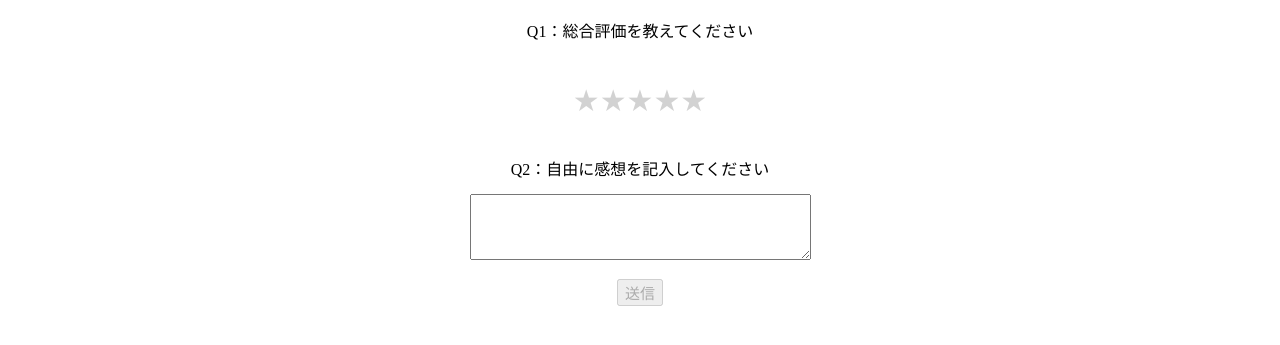
Repository: mikumiura/intern-chatbot
Page: templates/first-page.html
These files come from the project's save history. The page is drawn as it stood at one moment and after the next save; the edit follows.
The browser window is 1280 px wide. The pictures show the whole page.

Above is the page before, as saved 2022-08-24 02:47:44.

After the next save:
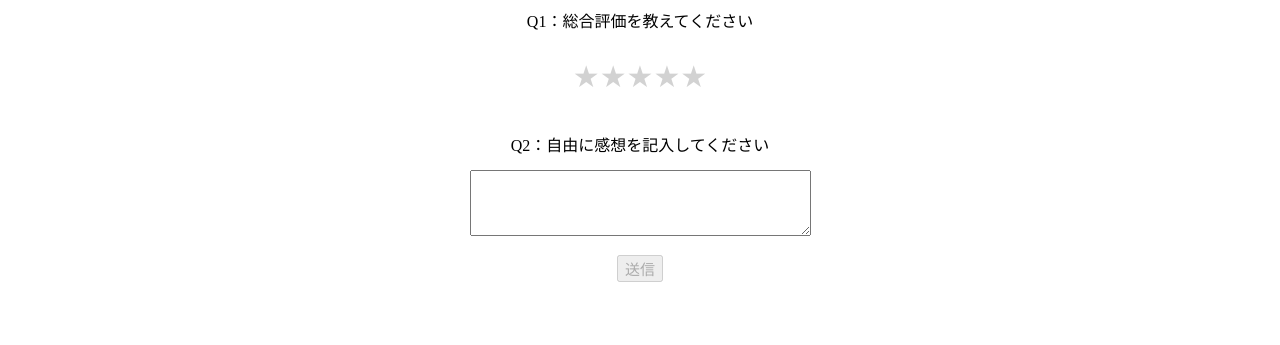
Saved 44 s later.
--- a/templates/first-page.html
+++ b/templates/first-page.html
@@ -15,9 +15,9 @@
     <script src="https://unpkg.com/axios/dist/axios.min.js"></script>
 
     <div id = "app">
-        <div class="lineheight-2">
+        <div>
             <div>Q1：総合評価を教えてください</div>
-            <div>
+            <div class="lineheight-2">
                 <div v-bind:class="{'star-gold':stars[0], 'star-gray':!stars[0]}" v-on:click="star(1)" class="pointer size-30">★</div>
                 <div v-bind:class="{'star-gold':stars[1], 'star-gray':!stars[1]}" v-on:click="star(2)" class="pointer size-30">★</div>
                 <div v-bind:class="{'star-gold':stars[2], 'star-gray':!stars[2]}" v-on:click="star(3)" class="pointer size-30">★</div>
